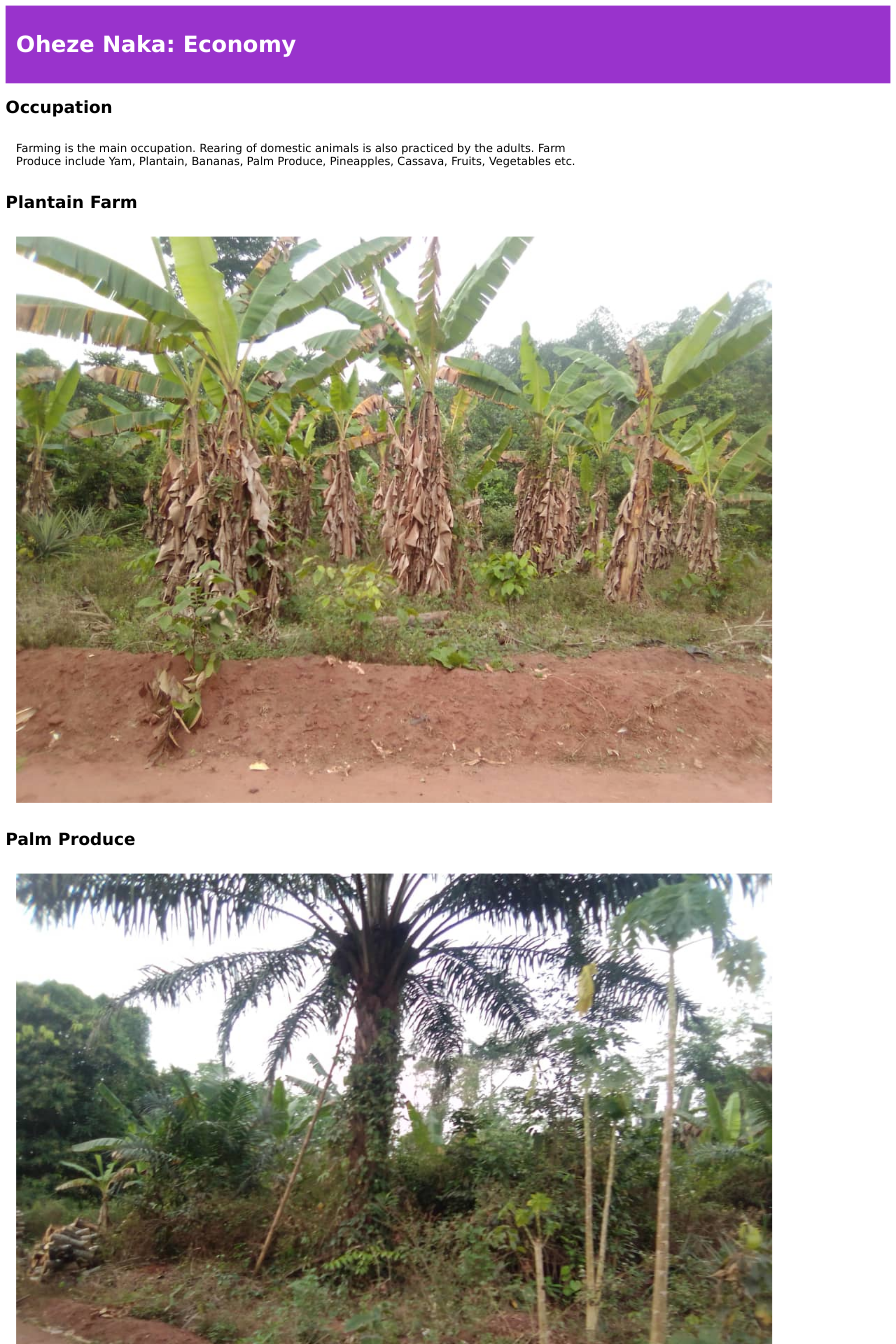
Repository: OtasowieRotimiOsifo/oheze-naka-forum
Page: economy.html
The author's editor kept a copy of each file at every save. The page is drawn from the files as they stood at one save, then again after the next save.
The browser window is 1280 px wide. The pictures show the part of the page from y = 0 to 1920 px (the page is 3063 px tall), at 70% of full size.

Above is the page before, as saved 2021-04-01 22:55:30.

After the next save:
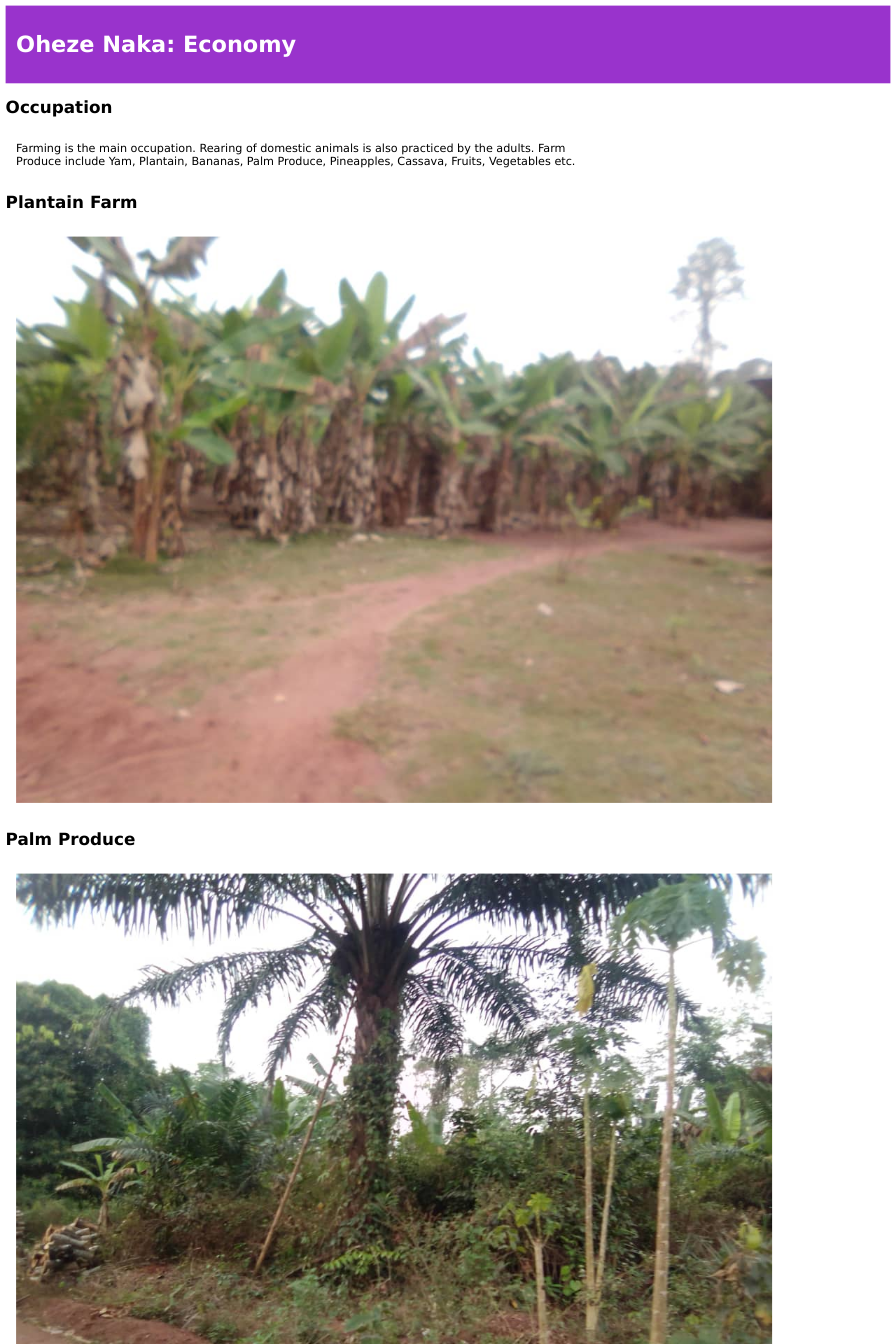
Saved 75 s later.
--- a/economy.html
+++ b/economy.html
@@ -117,7 +117,7 @@ html {
   <div class="row">
     <h2>Plantain Farm</h2>
     <div  class="col-3 col-s-3">
-      <img src="img/plantain-farm.jpg"/>
+      <img src="img/plantain-farm2.jpg"/>
   </div>
   </div>
   <div class="row">
